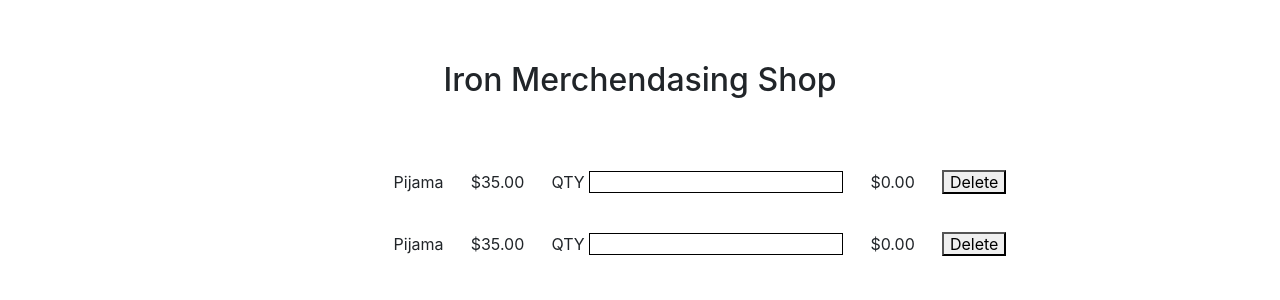
Repository: konstantin0s/lab-cart-DOM
Page: index.html
The author's editor kept a copy of each file at every save. The page is drawn from the files as they stood at one save, then again after the next save.
The browser window is 1280 px wide. The pictures show the whole page.
Some web libraries are served in a nearby version.

Above is the page before, as saved 2019-02-03 09:16:56.
Console error: TypeError: Cannot read properties of null (reading 'addEventListener')

### index.html
<!DOCTYPE html>
<html lang="en">
<head>
  <meta charset="UTF-8">
  <meta name="viewport" content="width=device-width, initial-scale=1.0">
  <meta http-equiv="X-UA-Compatible" content="ie=edge">
  <link rel="stylesheet" href="https://stackpath.bootstrapcdn.com/bootstrap/4.2.1/css/bootstrap.min.css">
  <link rel="stylesheet" href="https://cdnjs.cloudflare.com/ajax/libs/normalize/5.0.0/normalize.min.css">
  <link rel="stylesheet" href="./css/style.css">
  <title>Ironhack cart</title>
</head>

<body>
  <h1  class="title">Iron Merchendasing Shop</h1>
<!--
  <div class="container mt-4" id="amess">
    <h1 class="display-4 text-center">
      <i class="fas fa-book-open text-primary"></i>
      My <span class="text-primary">Products</span>List
      </h1>
      <form action="" id="product-form">
        <div class="form-group">
          <label for="product">Product</label>
          <input id="newProd" class="form-control" type="text">
        </div>
        <div class="form-group">
          <label for="price">$:</label>
          <input id="newPrice" class="form-control" type="text">
        </div>
        <div class="form-group">
          <label for="quantity">QTY</label>
          <input id="newQty" class="form-control" type="text">
        </div>
        <input type="submit" value="Add Product"
          class="btn btn-primary btn-block">
     </form>
        <table class="table table-striped">
          <thead>
            <tr>
              <th>Product:</th>
              <th class="fPrice">Price:</th>
              <th class="fQua">Quantity:</th>
              <th class="fTotal">Total:</th>
              <th></th>
            </tr>
          </thead>
            <tbody id="product-list"></tbody>
          </table>
  </div>   -->


  <div id="container">

      <div class="product">
        <div class="name">
          <span>Pijama</span>
        </div>
        <div class="price">
          $<span>35.00</span>
        </div>
        <div>
          <label>QTY</label>
          <input type="number" name="quantity" class="quantity">
        </div>
        <div class="sum">
          $<span>0.00</span>
        </div>
        <div>
          <button class="btn-delete">Delete</button>
        </div>
      </div>

      <div class="product">
          <div class="name">
            <span>Pijama</span>
          </div>
          <div class="price">
            $<span>35.00</span>
          </div>
          <div>
            <label>QTY</label>
            <input type="number" name="quantity" class="quantity">
          </div>
          <div class="sum">
            $<span>0.00</span>
          </div>
          <div><button class="btn-delete">Delete</button>
          </div>
        </div>


    </div>



    <!-- <div class="calculate">
      <button type="button" class="button btn-success" id="calc-prices-button">Calculate Prices</button>
    </div>

    <div class="addProductButton">
      <button type="button" class="button btn-success" id="addExtra">Add Product</button>
    </div>

    <div class="newRowItems">

    </div>   -->

      <script type="text/javascript" src="./js/index.js"></script>

</body>
</html>

### css/style.css

body{
  background-color: rgb(red, green, blue);
  overflow-x: hidden;
}

.title {
  text-align: center;
  padding: 40px;
}

.container {
  display: flex;
  flex-direction: row;
}

input {
  border: solid 1px black;
}

.button {
  display: inline-block;
  padding: 6px 12px;
  margin-bottom: 0;
  font-size: 14px;
  font-weight: 400;
  line-height: 1.42857143;
  text-align: center;
  white-space: nowrap;
  vertical-align: middle;
  -ms-touch-action: manipulation;
  touch-action: manipulation;
  cursor: pointer;
  -webkit-user-select: none;
  -moz-user-select: none;
  -ms-user-select: none;
  user-select: none;
  background-image: none;
  border: 1px solid transparent;
  border-radius: 4px;
}

.btn-success {
    color: #fff;
    background-color: #5cb85c;
    border-color: #4cae4c;
}

.product {
  display: flex;
  flex-direction: row;
  justify-content: space-around;
  width: 50%;
  margin: 30px 0 0 380px;
}

.cost-1 {
  margin: 10px;

}

.input {
  margin: 10px;
}

.totalP-1 {
  margin: 10px;
} */
/*
.calculate {
position:relative;
 top: -250px;
 left: 850px;
}

.remove {
  margin: 10px;
} */

.btn-delete {
    color: #fff;
    background-color: #CF000F;
    border-color: #CF000F;
}

/* .quantity {
  margin: 0px 5px;
  height: 30px;
} */
/*
.newRowItems {
  display: flex;
  flex-direction: column;

}

.newRowItems p{
 position: relative;
 top: -40px;
 left: 175px;
}

.newRowItems .sexy{
  position: relative;
  top: -2x;
  left: 20px;
 }
 .newRowItems .quan {
  position: relative;
  top: -130px;
  left: 460px;
}

 .newRowItems input{
  position: relative;
  top: -91px;
  left: 190px;
 }


 .newRowItems .inputQua{
  position: relative;
  top: -80px;
  left: 380px;
 }

  .newRowItems .defPrice{
  position: relative;
  top: -210px;
  left: 845px;
 } */

 /* style new added new products*/
 /* #amess {
   display:flex;
   width:50%;
   height: 500px;
   flex-direction: column;
   /* align-items: center; */
   /* margin-bottom: 300px;
   left: -400px;
 } */
/*
.addProductButton {
  position: relative;
  top: -283px;
  left: 999px; */

/* } */

/*
.newRowItems button {
  position: relative;
  top: -253px;
  left: 890px;
  width: 70px;
  display: inline-block;
  padding: 6px 12px;
  margin-bottom: 0;
  font-size: 14px;
  font-weight: 400;
  line-height: 1.42857143;
  text-align: center;
  white-space: nowrap;
  vertical-align: middle;
  -ms-touch-action: manipulation;
  touch-action: manipulation;
  cursor: pointer;
  -webkit-user-select: none;
  -moz-user-select: none;
  -ms-user-select: none;
  user-select: none;
  background-image: none;
  border: 1px solid transparent;
  border-radius: 4px;

} */

### js/index.js

  document.getElementById("calc-prices-button").addEventListener("click", getTotalPrice);
  document.getElementById("addExtra").addEventListener("click", createNewItemRow);
  // document.getElementById("addExtra").addEventListener("click", createQuantityNode);
  // document.getElementById("addExtra").addEventListener("click", createQuantityInput);
  // document.getElementById("addExtra").addEventListener("click", getPriceByProduct);
  document.getElementById("addExtra").addEventListener("click",   createDeleteButton);
  // document.getElementById("calc-prices-button").addEventListener("click", calculatePriceProducts);

//         var clickedElement = event.target;
//         var parentElement = event.target.parentElement;

//         Retrieves the unit price of the productv
// Retrieves the quantity of items desired
// Calculates the total price based on this data
// Updates the total price in the DOM
// getPriceByProduct();

// var productsArray = document.getElementById('form').elements;
// // var productsArray = [...document.getElementById('form').children).elements];
// console.log(productsArray);

// function calculatePriceProducts() {
//   var result = 0;
//   productsArray.forEach(function(index) {
//     var priceItem = document.getElementsByClassName("cost-" + index.toString()).value;
//     var num = parseFloat(priceItem.replace(/[^0-9.]/g, ""));
//     var quantity = document.getElementsByClassName("total-" + index.toString()).value;
//     quantity = parseInt(quantity);
//     var total = quantity * num;
//     document.getElementsByClassName("totalP-" + num.toString()).innerHTML = total;
//     result += total;
//   })
//   document.getElementsByClassName("price2").textContext = result;
// }




function deleteItem(e){

}

function getPriceByProduct(itemNode){
  // var h5 = document.createElement("H5");                       // Create a <p> element
  // itemNode = document.createTextNode("$0 ");
  // h5.className = 'defPrice';     // Create a text node
  // h5.appendChild(itemNode);                                          // Append the text to <p>
  // document.getElementsByClassName("newRowItems")[0].appendChild(h5);
}


function updatePriceByProduct(productPrice, index){

}

// function getTotalPrice(result) {
//    var getQuantity = parseInt(document.getElementById('costUnit').value);
//    var getInput = parseInt(document.getElementById('quantity').value);
//    var result = getQuantity * getInput;

// //    var elements = document.getElementById("my-form").elements;
// //    for (var i = 0; i < elements.length; i++) {

// // }

//     if (!result) {
//     document.getElementsByClassName("totalP-1")[0].innerHTML = "Add Num";
//   } else {
//     document.getElementsByClassName("totalP-1")[0].innerHTML = "Total price is = $" + result;
//   }
// }




function createQuantityInput() {
// var label = document.createElement("LABEL");
// label.className = 'inputQua';
// var quaInput = document.createElement("INPUT");
// label.appendChild(quaInput);
// document.getElementsByClassName('newRowItems')[0].appendChild(label);
}

function createDeleteButton(){
// var button = document.createElement("BUTTON");
// button.className = 'button btn-delete';
// var quaDel = document.createTextNode("Delete");
// button.appendChild(quaDel);
// document.getElementsByClassName('newRowItems')[0].appendChild(button);
}

function createQuantityNode(){
  // var h5 = document.createElement("H5");
  // h5.className = 'quan';                       // Create a <p> element
  // var quaNode = document.createTextNode("Quantity: ");      // Create a text node
  // h5.appendChild(quaNode);                                          // Append the text to <p>
  // document.getElementsByClassName("newRowItems")[0].appendChild(h5);
}

function createItemNode(dataType, itemData){

}

function createNewItemRow(itemName, itemUnitPrice){
  // var h5 = document.createElement("H5");                       // Create a <p> element
  // itemName = document.createTextNode("Sexy Shirt: ");
  // h5.className = 'sexy';     // Create a text node
  // h5.appendChild(itemName);                                          // Append the text to <p>
  // document.getElementsByClassName("newRowItems")[0].appendChild(h5);

  // var label = document.createElement("LABEL");
  // var par = document.createElement("P");                       // Create a <p> element
  // var dollar = document.createTextNode("$");
  // par.appendChild(dollar);
  // itemUnitPrice = document.createElement("INPUT");
  // label.appendChild(itemUnitPrice);
  // document.getElementsByClassName('newRowItems')[0].appendChild(par);
  // document.getElementsByClassName('newRowItems')[0].appendChild(label);

}

function createNewItem(){

}

// window.onload = function(){
//   var calculatePriceButton = document.getElementById('calc-prices-button');
//   var createItemButton = document.getElementById('new-item-create');
//   var deleteButtons = document.getElementsByClassName('btn-delete');

//   calculatePriceButton.onclick = getTotalPrice;
//   createItemButton.onclick = createNewItem;

//   for(var i = 0; i<deleteButtons.length ; i++){
//     deleteButtons[i].onclick = deleteItem;
//   }
// };




// class Product {
//   constructor(name, price, quantity) {
//     this.name = name;
//     this.price = price;
//     this.quantity = quantity;
//   }
// }

// //local storage
// class Store {
//   static getProducts() {
//     var products;
//     if (localStorage.getItem('products') === null) {
//       products = [];
//     } else {
//       products = JSON.parse(localStorage.getItem('products'));
//     }

//     return products;
//   }

//   static addProduct(product) {
//      var products = Store.getProducts();
//        products.push(product);
//        localStorage.setItem('products', JSON.stringify(products));
//   }

//   static removeProduct(quantity) {
//     var products = Store.getProducts();
//     products.forEach((product, index) => {
//       if (product.quantity === quantity) {
//         products.splice(index, 1);
//       }
//     });

//     localStorage.setItem('products', JSON.stringify(products));

//   }
// }

// class UI {
//   static displayProducts() {

//      const products = Store.getProducts();

//      products.forEach((product) => UI.addProductToList(product));

//      }
//      static addProductToList(product) {
//       var list = document.querySelector("#product-list");
//       var  row = document.createElement("TR");
//       row.innerHTML = `
//       <td>${product.name}</td>
//       <td>${product.price}</td>
//       <td>${product.quantity}</td>
//       <td><a href="#" class="btn btn-danger btn-sm
//        delete">X</a></td>
//      `;

//       list.appendChild(row);
//   }

//   static deleteProduct(el) {
//     if (el.classList.contains("delete")) {
//         el.parentElement.parentElement.remove(); // deletes tr
//     }
//   }

//   static showAlert(message, className) {
//   var div = document.createElement('div');
//      div.className = `alert alert-${className}`;
//      div.appendChild(document.createTextNode(message));
//      var container = document.querySelector('#amess');
//      var form = document.querySelector('#product-form');
//      container.insertBefore(div, form);
//      setTimeout(() => document.querySelector('.alert').remove(), 3000);
//   }

//   static clearFields() {
//     const name = document.querySelector("#newProd").value = "";
//     const price = document.querySelector("#newPrice").value = "";
//     const quantity = document.querySelector("#newQty").value = "";
//   }
// }


// document.addEventListener("DOMContentLoaded", UI.displayProducts);

// document.querySelector("#product-form").addEventListener("submit", (e) => {
//   // e.preventDefault();
//   const name = document.querySelector("#newProd").value;
//   const price = document.querySelector("#newPrice").value;
//   const quantity = document.querySelector("#newQty").value;

//   //validate
//   if (name === '' || price === '' || quantity === '') {
//     UI.showAlert('please fill in all fields', 'danger');
//   } else {
//     const product = new Product(name, price, quantity);

//     UI.addProductToList(product);

//     //add product to Store
//     Store.addProduct(product);

//     UI.clearFields();
//   }


// });

// //delete product
// document.querySelector("#product-list").addEventListener("click", (e) => {
//   UI.deleteProduct(e.target);

//   //remove product from store
// Store.removeProduct(e.target.parentElement.previousElementSibling.textContent);

// });

After the next save:
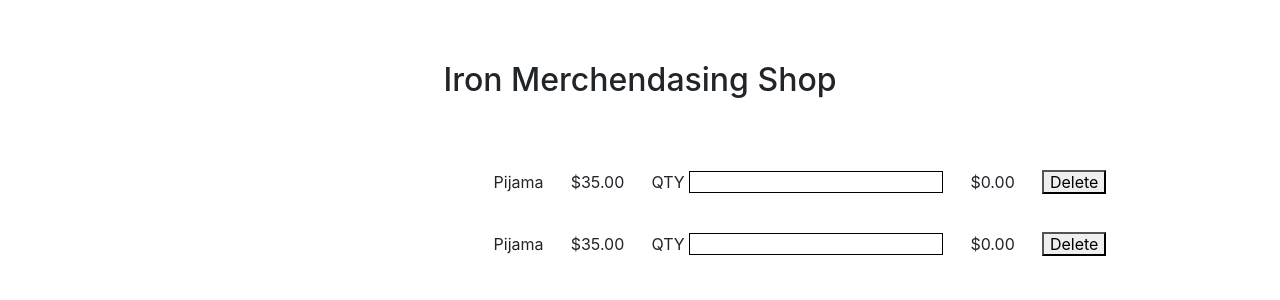
Saved 4 s later.
--- a/css/style.css
+++ b/css/style.css
@@ -51,7 +51,7 @@ input {
   flex-direction: row;
   justify-content: space-around;
   width: 50%;
-  margin: 30px 0 0 380px;
+  margin: 30px 0 0 480px;
 }
 
 .cost-1 {
